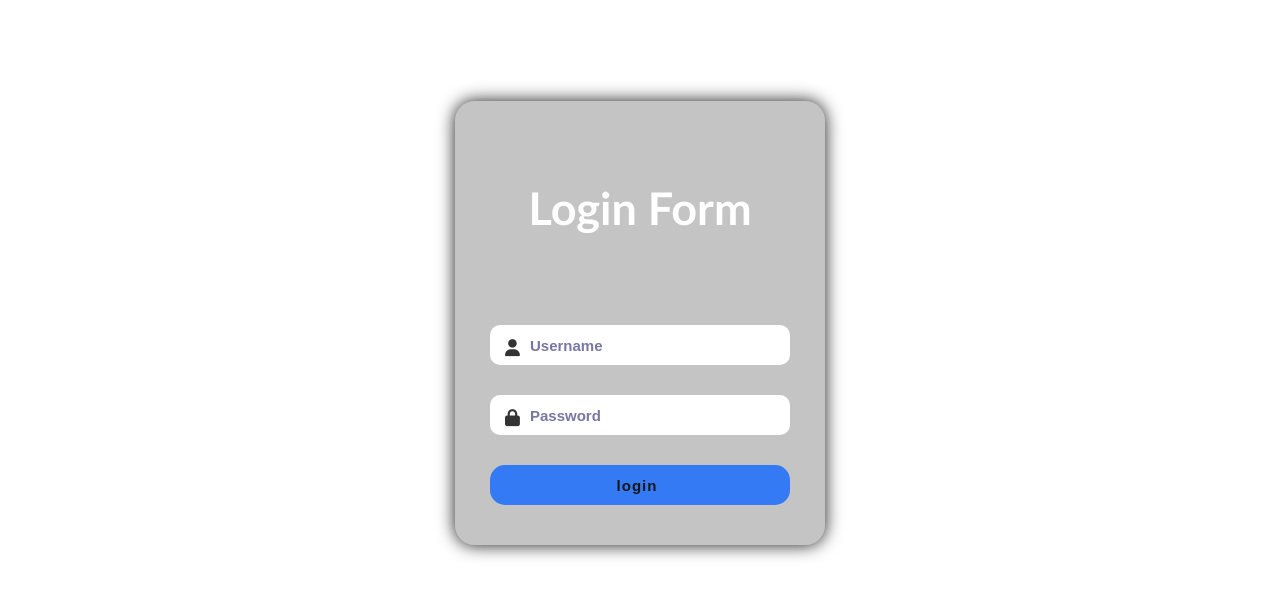
Repository: Vaishnavi323/SonaChandi
Page: http://localhost/sonachandi/application/views/login.php
An editor plug-in stored every save of this project. The page is shown before and after the next save, followed by the edit.
The browser window is 1280 px wide. The pictures show the whole page.
The page is run by PHP 8.4 with error messages shown; the project is at /var/www/html/.

Above is the page before, as saved 2025-06-05 11:01:51.

After the next save:
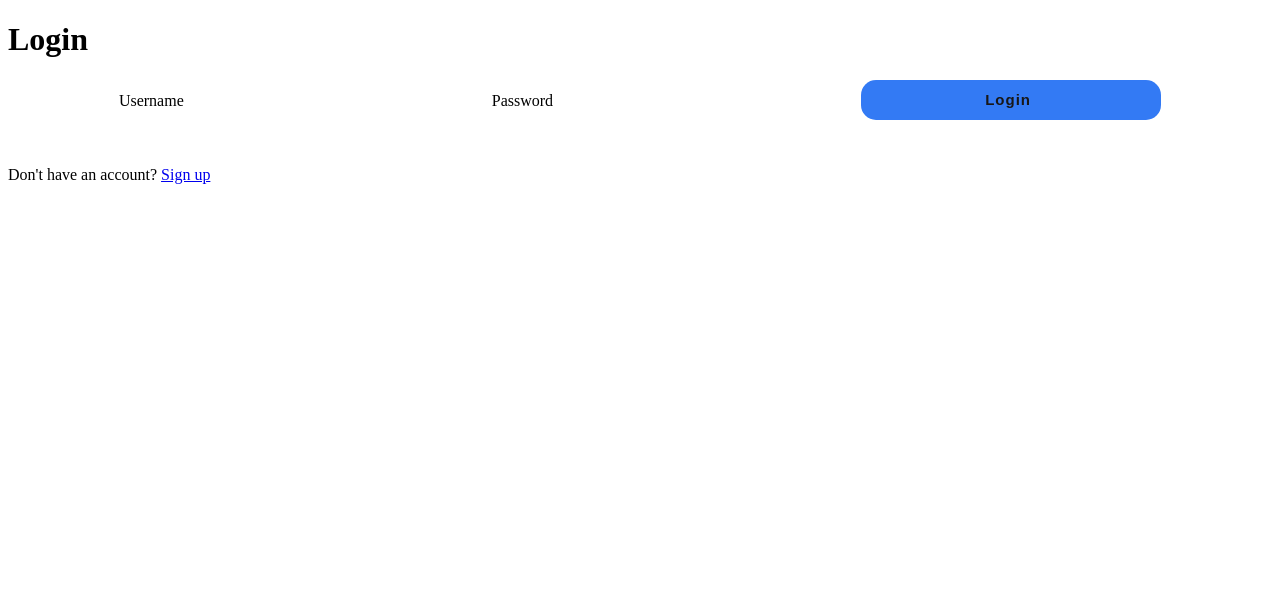
Saved 4 min 0 s later.
--- a/application/views/login.php
+++ b/application/views/login.php
@@ -90,24 +90,32 @@
 </head>
 
 <body>
-    <div class="wrapper">
-        <div class="heading">
-            <h1>Login Form</h1>
+    <div class="container">
+        <div class="form-container" id="login-form">
+            <h1>Login</h1>
+            <form>
+                <label for="username">Username</label>
+                <input type="text" id="username" name="username" required>
+                <label for="password">Password</label>
+                <input type="password" id="password" name="password" required>
+                <button type="submit">Login</button>
+            </form>
+            <p>Don't have an account? <a href="#" id="signup-link">Sign up</a></p>
         </div>
-        <div class="form">
+
+        <div class="form-container" id="signup-form" style="display: none;">
+            <h1>Sign Up</h1>
             <form>
-                <span>
-                    <i class="fa fa-user"></i>
-                    <input type="text" placeholder="Username" name="">
-                </span><br>
-                <span>
-                    <i class="fa-solid fa-lock"></i>
-                    <input type="password" placeholder="Password" name="">
-                </span><br>
-                <button>login</button>
+                <label for="new-username">Username</label>
+                <input type="text" id="new-username" name="new-username" required>
+                <label for="new-email">Email</label>
+                <input type="email" id="new-email" name="new-email" required>
+                <label for="new-password">Password</label>
+                <input type="password" id="new-password" name="new-password" required>
+                <button type="submit">Sign Up</button>
             </form>
+            <p>Already have an account? <a href="#" id="login-link">Login</a></p>
         </div>
-    </div>
     </div>
 </body>
 
